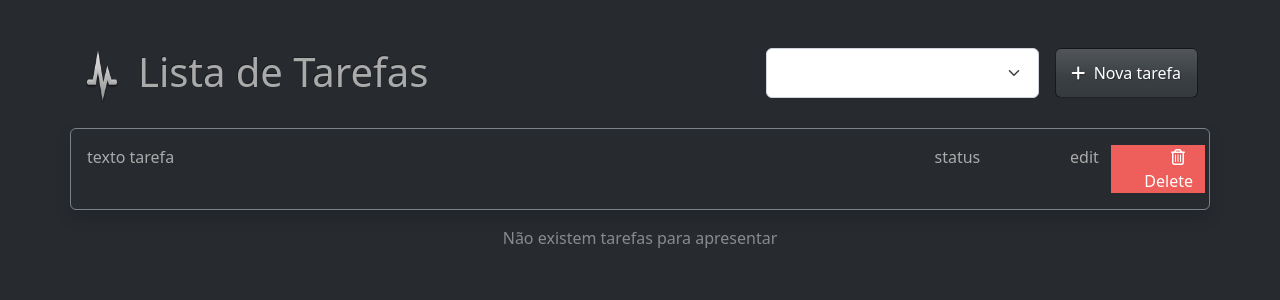
Repository: cargugati/lista_tarefas
Page: frontEnd/index.html
These files come from the project's save history. The page is drawn as it stood at one moment and after a run of saves; the edit follows.
The browser window is 1280 px wide. The pictures show the whole page.

Above is the page before, as saved 2023-03-18 21:08:16.

### frontEnd/index.html
<!DOCTYPE html>
<html lang="pt-br">

<head>
  <meta charset="UTF-8">
  <meta http-equiv="X-UA-Compatible" content="IE=edge">
  <meta name="viewport" content="width=device-width, initial-scale=1.0">
  <title>Lista de Tarefas</title>
  <link rel="stylesheet" href="./assets/css/bootstrap.min.css">
  <link rel="stylesheet" href="./assets/fontawesome/css/all.min.css">
  <link rel="shortcut icon" href="./assets/images/favicon.png" type="image/png">
</head>

<body>
  <div class="container my-5">

    <!-- cabeçalho -->
    <div class="row mb-4">
      <div class="col">
        <div class="d-flex justify-content-start">
          <img src="./assets/images/favicon.png" alt="Logo" class="img-fluid me-3" width="40px">
          <h1>Lista de Tarefas</h1>
        </div>

      </div>
      <div class="col text-end">
        <div class="d-flex justify-content-end">
          <select id="select_filter" class="form-select w-50 me-3">
            <option value=""></option>
            <option value="1">1</option>
          </select>
          <a href="new_task.html" class="btn btn-primary"><i class="fa-solid fa-plus me-2"></i>Nova tarefa</a>
        </div>
      </div>
    </div>

    <!-- aspecto visual de uma tarefa -->
    <div class="row mb-3">
      <div class="col-12 border border-secondary rounded p-3 shadow">
        <div class="row">
          <div class="col-9">texto tarefa</div>
          <div class="col-1">status</div>
          <div class="col-1 text-end">edit</div>
          <div class="col-1 text-end text-bg-danger"><i class="fa-regular fa-trash-can me-2"></i>Delete</div>
        </div>
      </div>
    </div>


    <!-- sem tarefa -->
    <div class="row " id="no_tasks">
      <div class="col text-center">
        <span class="opacity-75">Não existem tarefas para apresentar</span>
      </div>
    </div>
  </div>


  <script src="./assets/js/bootstrap.bundle.min.js"></script>
</body>

</html>

Loaded but not shown: frontEnd/assets/css/bootstrap.min.css (library); frontEnd/assets/fontawesome/css/all.min.css (library); frontEnd/assets/js/bootstrap.bundle.min.js (library)

After the next 2 saves:
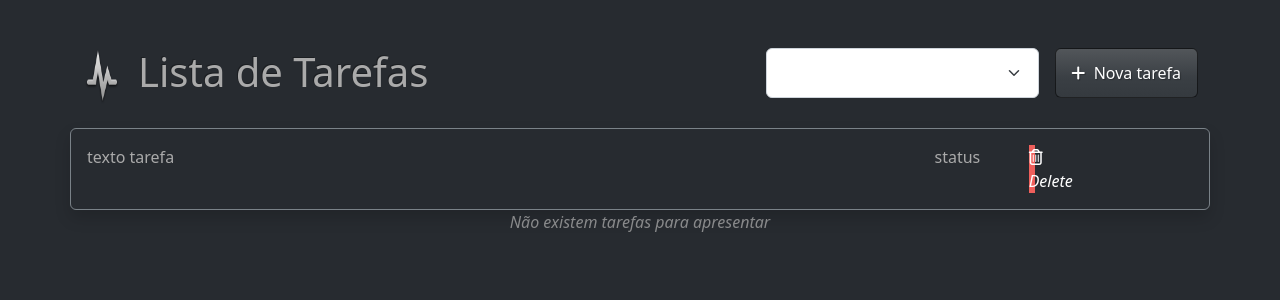
The 2 saves are shown as one change because they came seconds apart.
The last was saved 12 s later.
--- a/frontEnd/index.html
+++ b/frontEnd/index.html
@@ -40,7 +40,7 @@
         <div class="row">
           <div class="col-9">texto tarefa</div>
           <div class="col-1">status</div>
-          <div class="col-1 text-end">edit</div>
+          <div class="col-1 text-end"><i Edit</div>
           <div class="col-1 text-end text-bg-danger"><i class="fa-regular fa-trash-can me-2"></i>Delete</div>
         </div>
       </div>
